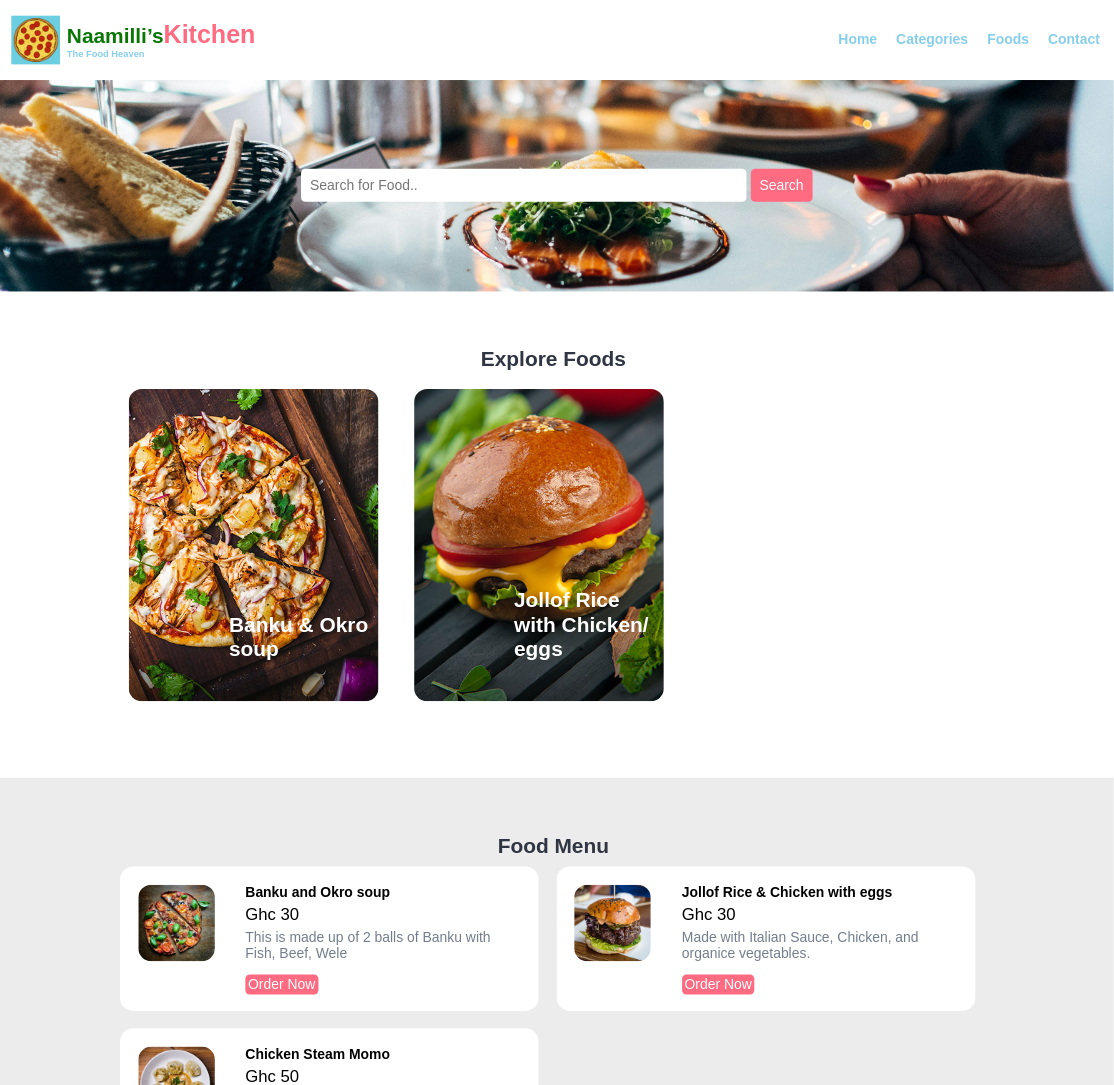
Repository: Saviour-Dagadu/Naamilli
Page: index.html
The author's editor kept a copy of each file at every save. The page is drawn from the files as they stood at one save, then again after the next save.
The browser window is 1280 px wide. The pictures show the part of the page from y = 0 to 1247 px (the page is 2117 px tall before and 1931 px after), at 87% of full size.
A picture or video elsewhere on the page could not be fetched, so the positions and the page height are approximate.

Above is the page before, as saved 2024-12-03 21:34:36.

### index.html
<!DOCTYPE html>
<html lang="en">
<head>
    <meta charset="UTF-8">
    <!-- Important to make website responsive -->
    <meta name="viewport" content="width=device-width, initial-scale=1.0">
    <title>Restaurant Website</title>

    <!-- Link our CSS file -->
    <link rel="stylesheet" type="text/css" href="css/style.css">
</head>

<body>
    <!-- Navbar Section Starts Here -->
	<section class="navbar" style="display: flex; align-items: center; justify-content: space-between;">
        <div class="container" style="display: flex; width: 100%; justify-content: space-between; align-items: center;">
            <div class="logo" style="display: flex; align-items: center;">
                <a href="index.html" title="Logo" style="display: flex; align-items: center;">
                    <img src="images/giphy.gif" alt="" style="
                        width: 3.5rem; /* Adjust size to be similar to nav image */
                        height: 3.5rem; /* Adjust size to be similar to nav image */
                        margin-right: 0.5rem;">
                    <div>
                        <h2 style="margin: 0;">Naamilli’s<span>Kitchen</span></h2>
                        <h6 style="margin: 0;"><span>The Food Heaven</span></h6>
                    </div>
                </a>
            </div>

            <div class="menu text-right">
                <ul style="list-style: none; margin: 0; padding: 0; display: flex; justify-content: flex-end;">
                    <li style="margin-left: 1rem;">
                        <a href="index.html">Home</a>
                    </li>
                    <li style="margin-left: 1rem;">
                        <a href="categories.html">Categories</a>
                    </li>
                    <li style="margin-left: 1rem;">
                        <a href="foods.html">Foods</a>
                    </li>
                    <li style="margin-left: 1rem;">
                        <a href="contact.html">Contact</a>
                    </li>
                </ul>
            </div>
        </div>

        <div class="clearfix"></div>
    </section>

    <!-- Navbar Section Ends Here -->

    <!-- fOOD sEARCH Section Starts Here -->
    <section class="food-search text-center">
        <div class="container">

            <form action="underConstruction.html" method="POST">
                <input type="search" name="search" placeholder="Search for Food.." required>
                <input type="submit" name="submit" value="Search" class="btn btn-primary">
            </form>

        </div>
    </section>
    <!-- fOOD sEARCH Section Ends Here -->

    <!-- CAtegories Section Starts Here -->
    <section class="categories">
        <div class="container">
            <h2 class="text-center">Explore Foods</h2>

            <a href="category-foods.html">
            <div class="box-3 float-container">
                <img src="images/pizza.jpg" alt="Pizza" class="img-responsive img-curve">

                <h3 class="float-text text-white">Banku & Okro soup</h3>
            </div>
            </a>

            <a href="#">
            <div class="box-3 float-container">
                <img src="images/burger.jpg" alt="Burger" class="img-responsive img-curve">

                <h3 class="float-text text-white">Jollof Rice with Chicken/ eggs</h3>
            </div>
            </a>

            <!-- <a href="#">
            <div class="box-3 float-container">
                <img src="images/momo.jpg" alt="Momo" class="img-responsive img-curve">

                <h3 class="float-text text-white"></h3>
            </div>
            </a> -->

            <div class="clearfix"></div>
        </div>
    </section>
    <!-- Categories Section Ends Here -->

    <!-- fOOD MEnu Section Starts Here -->
    <section class="food-menu">
        <div class="container">
            <h2 class="text-center">Food Menu</h2>

            <div class="food-menu-box">
                <div class="food-menu-img">
                    <img src="images/menu-pizza.jpg" alt="Chicke Hawain Pizza" class="img-responsive img-curve">
                </div>

                <div class="food-menu-desc">
                    <h4>Banku and Okro soup</h4>
                    <p class="food-price">Ghc 30</p>
                    <p class="food-detail">
                        This is made up of 2 balls of Banku with Fish, Beef, Wele
                    </p>
                    <br>

                    <a href="order.html" class="btn btn-primary">Order Now</a>
                </div>
            </div>

            <div class="food-menu-box">
                <div class="food-menu-img">
                    <img src="images/menu-burger.jpg" alt="Chicke Hawain Pizza" class="img-responsive img-curve">
                </div>

                <div class="food-menu-desc">
                    <h4>Jollof Rice & Chicken with eggs</h4>
                    <p class="food-price">Ghc 30</p>
                    <p class="food-detail">
                        Made with Italian Sauce, Chicken, and organice vegetables.
                    </p>
                    <br>

                    <a href="#" class="btn btn-primary">Order Now</a>
                </div>
            </div>

            <!-- <div class="food-menu-box">
                <div class="food-menu-img">
                    <img src="images/menu-burger.jpg" alt="Chicke Hawain Burger" class="img-responsive img-curve">
                </div>

                <div class="food-menu-desc">
                    <h4>Nice Burger</h4>
                    <p class="food-price">Ghc 20</p>
                    <p class="food-detail">
                        Made with Italian Sauce, Chicken, and organize vegetables.
                    </p>
                    <br>

                    <a href="#" class="btn btn-primary">Order Now</a>
                </div>
            </div> -->



            <!-- <div class="food-menu-box">
                <div class="food-menu-img">
                    <img src="images/menu-pizza.jpg" alt="Chicke Hawain Pizza" class="img-responsive img-curve">
                </div>

                <div class="food-menu-desc">
                    <h4>Food Title</h4>
                    <p class="food-price">$2.3</p>
                    <p class="food-detail">
                        Made with Italian Sauce, Chicken, and organice vegetables.
                    </p>
                    <br>

                    <a href="#" class="btn btn-primary">Order Now</a>
                </div>
            </div> -->

            <div class="food-menu-box">
                <div class="food-menu-img">
                    <img src="images/menu-momo.jpg" alt="Chicke Hawain Momo" class="img-responsive img-curve">
                </div>

                <div class="food-menu-desc">
                    <h4>Chicken Steam Momo</h4>
                    <p class="food-price">Ghc 50</p>
                    <p class="food-detail">
                        Made with Italian Sauce, Chicken, and organice vegetables.
                    </p>
                    <br>

                    <a href="#" class="btn btn-primary">Order Now</a>
                </div>
            </div>


            <div class="clearfix"></div>



        </div>

        <p class="text-center">
            <a href="#">See All Foods</a>
        </p>
    </section>
    <!-- fOOD Menu Section Ends Here -->

    <!-- social Section Starts Here -->
<section class="social">
	<div class="container text-center">
		<ul>
			<li>
				<a href="https://www.facebook.com/saviou/"><img src="https://img.icons8.com/fluent/50/000000/facebook-new.png"/></a>
			</li>
			<li>
				<a href="https://www.instagram.com/saviour_dagadu/"><img src="https://img.icons8.com/fluent/48/000000/instagram-new.png"/></a>
			</li>
			<li>
				<a href="https://twitter.com/savicode"><img src="https://img.icons8.com/fluent/48/000000/twitter.png"/></a>
			</li>
		</ul>
	</div>
</section>
<!-- social Section Ends Here -->

<!-- footer Section Starts Here -->
<section class="footer">
	<div class="container text-center">
		<p>All rights reserved. Designed By <a href="https://saviourdagadu.netlify.app/">Saviour Dagadu</a></p>
	</div>
</section>
<!-- footer Section Ends Here -->

</body>
</html>

### css/style.css
/*
    Author: Vijay Thapa;
    Theme: Restaurant Food Order;
    version: 1.0;
*/

/* CSS for All */
*{
    margin: 0 0;
    padding: 0 0;
    font-family: Arial, Helvetica, sans-serif;
}
.container{
    width: 80%;
    margin: 0 auto;
    padding: 1%;
}
.img-responsive{
    width: 100%;
}
.img-curve{
    border-radius: 15px;
}

.text-right{
    text-align: right;
}
.text-center{
    text-align: center;
}
.text-left{
    text-align: left;
}
.text-white{
    color: white;
}

.clearfix{
    clear: both;
    float: none;
}

a{
    color: skyblue;
    text-decoration: none;
}
a:hover{
    color: #ff6b81;
}

.btn{
    padding: 1%;
    border: none;
    font-size: 1rem;
    border-radius: 5px;
}
.btn-primary{
    background-color: #ff6b81;
    color: white;
    cursor: pointer;
}
.btn-primary:hover{
    color: white;
    background-color: #ff4757;
}
h2{
    color: #2f3542;
    font-size: 2rem;
    margin-bottom: 2%;
}
h3{
    font-size: 1.5rem;
}
.float-container{
    position: relative;
}
.float-text{
    position: absolute;
    bottom: 50px;
    left: 40%;
}
fieldset{
    border: 1px solid white;
    margin: 5%;
    padding: 3%;
    border-radius: 5px;
}


/* CSSS for navbar section */

.logo{
    width: 10%;
    float: left;
}
.logo h2{
    color: rgb(10, 119, 5);
}
.logo h2:hover{
    color: rgb(10, 119, 5);
    font-style: italic;
}
.logo h2 span{
    color: #ff6b81;
    font-size: larger;
    font-weight:bolder;
}
.logo h2 span:hover{
    color: #ff4757;
    font-size: larger;
    font-weight:bolder;
}
.menu{
    line-height: 60px;
}
.menu ul{
    list-style-type: none;
}

.menu ul li{
    display: inline;
    padding: 1%;
    font-weight: bold;
}


/* CSS for Food SEarch Section */

.food-search{
    background-image: url(../images/jay-wennington-N_Y88TWmGwA-unsplash.jpg);
    background-size: cover;
    background-repeat: no-repeat;
    background-position: center;
    padding: 7% 0;
}

.food-search input[type="search"]{
    width: 50%;
    padding: 1%;
    font-size: 1rem;
    border: none;
    border-radius: 5px;
}


/* CSS for Categories */
.categories{
    padding: 4% 0;
}

.box-3{
    width: 28%;
    float: left;
    margin: 2%;
}


/* CSS for Food Menu */
.food-menu{
    background-color: #ececec;
    padding: 4% 0;
}
.food-menu-box{
    width: 43%;
    margin: 1%;
    padding: 2%;
    float: left;
    background-color: white;
    border-radius: 15px;
}

.food-menu-img{
    width: 20%;
    float: left;
}

.food-menu-desc{
    width: 70%;
    float: left;
    margin-left: 8%;
}

.food-price{
    font-size: 1.2rem;
    margin: 2% 0;
}
.food-detail{
    font-size: 1rem;
    color: #747d8c;
}


/* CSS for Social */
.social ul{
    list-style-type: none;
}
.social ul li{
    display: inline;
    padding: 1%;
}

/* for Order Section */
.order{
    width: 50%;
    margin: 0 auto;
}
.input-responsive{
    width: 96%;
    padding: 1%;
    margin-bottom: 3%;
    border: none;
    border-radius: 5px;
    font-size: 1rem;
}
.order-label{
    margin-bottom: 1%;
    font-weight: bold;
}

/* Contact Section*/

#info{
    padding: 30px 0;
}

#info .container{
     display: flex;
}

#info .info{
    width: 28%;
    height: 300px;
    border-radius: 10px;
    overflow: hidden;

}

#info .info-text{
    border: 1px solid lightgray;
    padding: 10px;
}

#info .info-text h4{
    margin: 5px;
}

#info .info-text .info-text-call{
    margin-bottom: 20px;
}

#info .info-image{
margin-right: 10px;
overflow: hidden;
box-shadow: 0 0 5px #333;
transform: scale (1.04);
transition: all .4s ease-in-out;
}

#info .info-image:hover{
transform: translateY(-15px) scale(1.1);
box-shadow: 0 0 10px #333;
}
#info .info-image img{
max-width: 100%;
height: auto
}

#info .info-image:hover .info-image img{
opacity: 1;
}

       /* message Section */
#message{
    padding: 30px 0;
    background-color: lightgray;
}

#message .message-top{
    text-align: center;
    margin-bottom: 20px;
}

#message .message-top h3{
    text-transform: uppercase;
    margin: 0;
}

#message .message-top h3::after{
    content: "";
    display: block;
    width: 50px;
    height: 3px;
    background-color: gray;
    margin: 10px auto 0;
}

#message .message-bottom{
    color: black;
}

#message .message-bottom label{
    display: block;
    font-size: 17px;
    font-weight: 500;
    margin-bottom: 5px;
}

#message .message-bottom .form-group{
    margin-bottom: 10px;
}

#message .message-bottom .input{
    display: block;
    height: 40px;
    border-radius: 5px;
    border: 1px solid brown;
    padding-left: 10px;
    padding-right: 10px;
    width: 100%;
    font-size: 15px;
    font-family: 'Segoe UI', Tahoma, Geneva, Verdana, Sans-serif;
}

#message .message-bottom input,
#message .message-bottom textarea,
#message .message-bottom button{
    outline: none;
}

#message  textarea{
    width: 100%;
    height: 200px;
    border-radius: 5px;
    border: 1px solid brown;
    background-color: white;
    padding: 5px 10px;
    font: 15px 'Segoe UI', Tahoma, Geneva, Verdana, Sans-serif;
}

.navbar-brand {
    display: flex;
    align-items: center; /* Align items horizontally in the center */
    text-decoration: none; /* Removes default underline from the link */
    color: #333; /* Adjust text color as needed */
    /* background-image: url('../images/apple.gif'); Replace with the path to your image */
    background-size: cover;                          /* Ensures the image covers the entire div */
    background-position: center;                     /* Centers the image within the div */
    background-repeat: no-repeat;
}
.navbar-brand h2 {
    margin: 0;               /* Removes default margin */
    font-size: 2.5rem;
}

.navbar-brand h2 span{
    color: skyblue;
}

.navbar-brand i {
    display: block;          /* Ensures the i element is on a new line */
    margin: 0;               /* Removes default margin */
    font-size: 0.8rem;       /* Makes the text smaller */
    color: black;
}

.logo-img {
    width: 3.5rem; /* Adjust size as needed */
    height: 3.5rem; /* Adjust size as needed */
    margin-right: 0.5rem; /* Space between image and text */
}

.text-content {
    display: flex;
    flex-direction: column; /* Stack text elements vertically */
    justify-content: center; /* Center text vertically within container */
}

h2 {
    margin: 0; /* Remove default margin */
    font-size: 1.5rem; /* Adjust font size as needed */
    font-weight: bold;
    margin-right: 0.5rem; /* Space between h2 and h6 */
}



/* #message .message-bottom .btn{
    padding: 10px 20px;
    background-color: brown;
    text-transform: uppercase;
    font: 15px 'Segoe UI', Tahoma, Geneva, Verdana, Sans-serif;
    border: none;
    border-radius: 5px;
    font-weight: 500;
    color: #fff;
    cursor: pointer;
} */


/* CSS for Mobile Size or Smaller Screen */

@media only screen and (max-width:768px){
    .logo{
        width: 80%;
        float: none;
        margin: 1% auto;
    }

    .menu ul{
        text-align: center;
    }

    .food-search input[type="search"]{
        width: 90%;
        padding: 2%;
        margin-bottom: 3%;
    }

    .btn{
        width: 91%;
        padding: 2%;
    }

    .food-search{
        padding: 10% 0;
    }

    .categories{
        padding: 20% 0;
    }
    h2{
        margin-bottom: 10%;
    }
    .box-3{
        width: 100%;
        margin: 4% auto;
    }

    .food-menu{
        padding: 20% 0;
    }

    .food-menu-box{
        width: 90%;
        padding: 5%;
        margin-bottom: 5%;
    }
    .social{
        padding: 5% 0;
    }
    .order{
        width: 100%;
    }
}

After the next save:
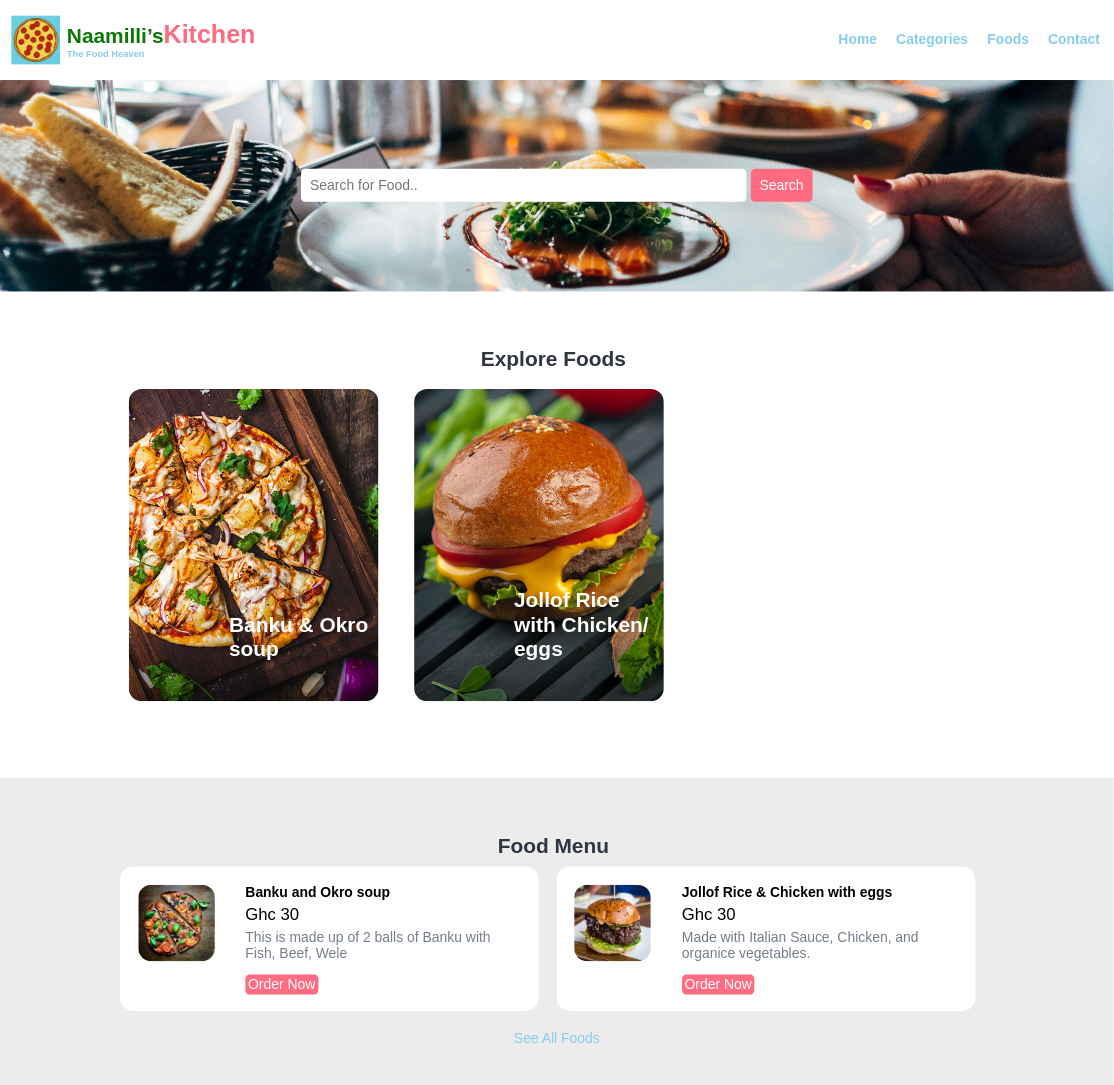
Saved 42 s later.
--- a/index.html
+++ b/index.html
@@ -172,7 +172,7 @@
                 </div>
             </div> -->
 
-            <div class="food-menu-box">
+            <!-- <div class="food-menu-box">
                 <div class="food-menu-img">
                     <img src="images/menu-momo.jpg" alt="Chicke Hawain Momo" class="img-responsive img-curve">
                 </div>
@@ -187,7 +187,7 @@
 
                     <a href="#" class="btn btn-primary">Order Now</a>
                 </div>
-            </div>
+            </div> -->
 
 
             <div class="clearfix"></div>
